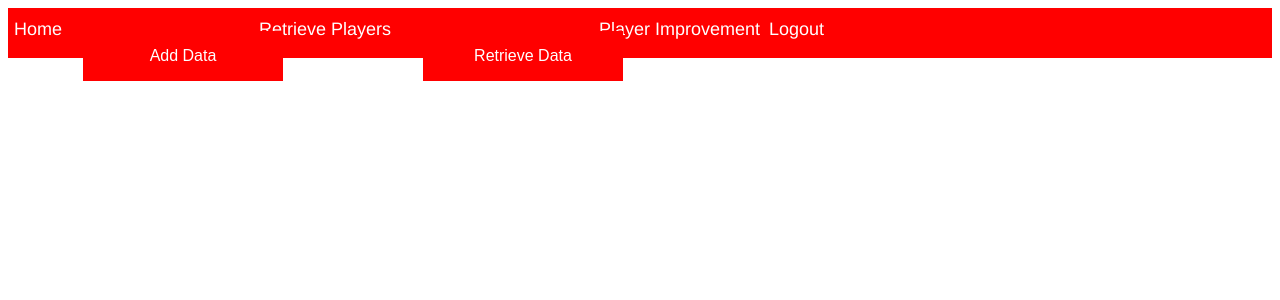
Repository: prm2711/javaapps
Page: http://localhost/Tournament/front.jsp
The author's editor kept a copy of each file at every save. The page is drawn from the files as they stood at one save, then again after the next save.
The browser window is 1280 px wide. The pictures show the whole page.
The page is served by Tomcat 9. The session is filled in as if someone had signed in: {"name": "admin", "username": "admin"}.

Above is the page before, as saved 2018-01-29 10:50:14.

After the next save:
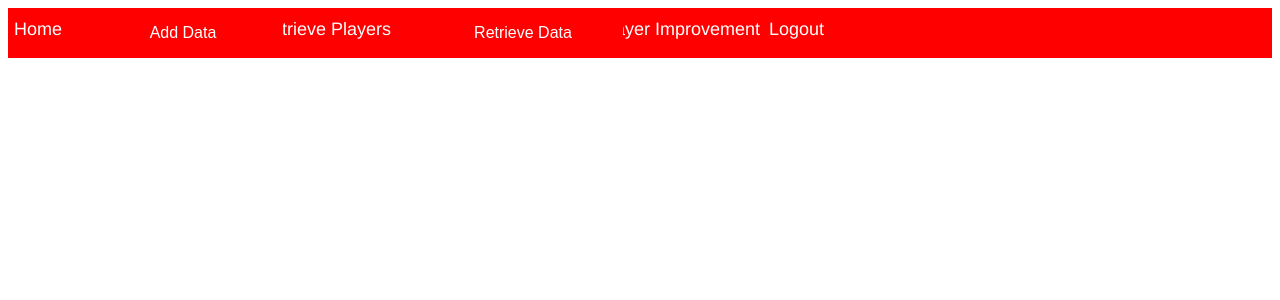
Saved 55 s later.
--- a/eclipse-workspace/Tournament/WebContent/css/front.css
+++ b/eclipse-workspace/Tournament/WebContent/css/front.css
@@ -53,10 +53,7 @@ li {
     border: none;
     cursor: pointer;
     width: 200px;
-    position: absolute;
-    top: 5px;
 }
-
 
 .dropdown-content {
     display: none;
